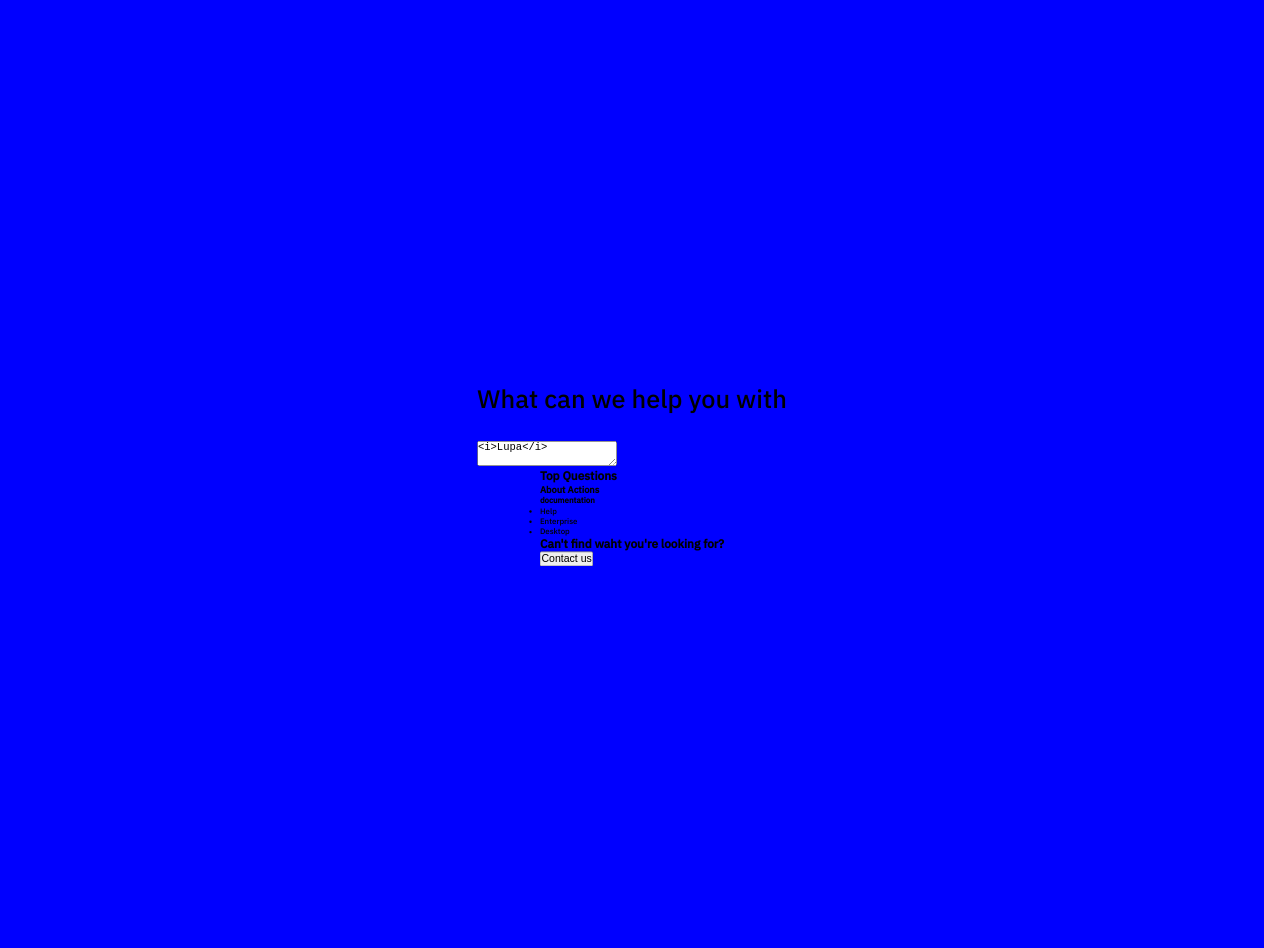
Repository: Hcmwebs/Help-Center-UI-
Page: index.html
The author's editor kept a copy of each file at every save. The page is drawn from the files as they stood at one save, then again after the next save.
The browser window is 1280 px wide. The page is 1600 px wide, so the pictures cover 1600 px, including what lies to the right of the window. The pictures show the whole page, at 79% of full size.
The style sheet was rebuilt from its Sass, Less or Tailwind sources for each picture, by a compiler version that may differ from the author's.

Above is the page before, as saved 2020-08-17 22:39:02.

### index.html
<!DOCTYPE html>
<html lang="en">
<head>
    <meta charset="UTF-8">
    <meta name="viewport" content="width=device-width, initial-scale=1.0">
    <link rel="stylesheet" href="css/styles.min.css">
    <title>Help Center</title>
</head>
<body>
    <div class="container">

        <!-- *******header****** -->
        <header>
            <h1>What can we help  you with</h1>
            <textarea name="textarea" id="textarea" ><i>Lupa</i></textarea>
        </header>

        <!-- *******card****** -->
        <div class="card">
            <!--****card-header**** -->
            <h2> Top Questions</h2>

            <!--****card-body**** -->

            <div class="card-item">
                <div class="card-head">
                    <h3>About Actions</h3>
                </div>
                <div class="card-body">
                    <h4>documentation</h4>
                    <ul>
                        <li>Help</li>
                        <li>Enterprise</li>
                        <li>Desktop</li>
                    </ul>
                </div>
            </div>


            <!--****card--footer**** -->
            <div class="card-footer">
                <h2>Can't find waht you're looking for? </h2>
                <button class="btn-primary">Contact us</button>
            </div>

        </div>
    </div>
</body>
</html>

### scss/styles.scss
@import url('https://fonts.googleapis.com/css2?family=IBM+Plex+Sans:wght@300;500&display=swap');
$font-stack:'IBM Plex Sans', sans-serif;
$bg-color:rgba(37,41,46,0.9);
$primary-color:rgba(255,255,255,0.99);

*{
    margin: 0;
    padding: 0;
    box-sizing: border-box;
}

body{
    font-family: $font-stack;
    font-size: 10px;
    background-color:$bg-color;
    display: grid;
    place-items: center;
    height: 100vh;
    width: 100%;
}

h1{
    font-size: 32px;
    font-weight: 500;
    margin-bottom: 2rem;
}

.container{
    width: 1600px;
    max-width: 100%;
    height: 1200px ;
    overflow: hidden;
    display: flex;
    flex-direction: column;
    justify-content: center;
    align-items: center;
    background-color:blue;
}
header{

}

After the next save:
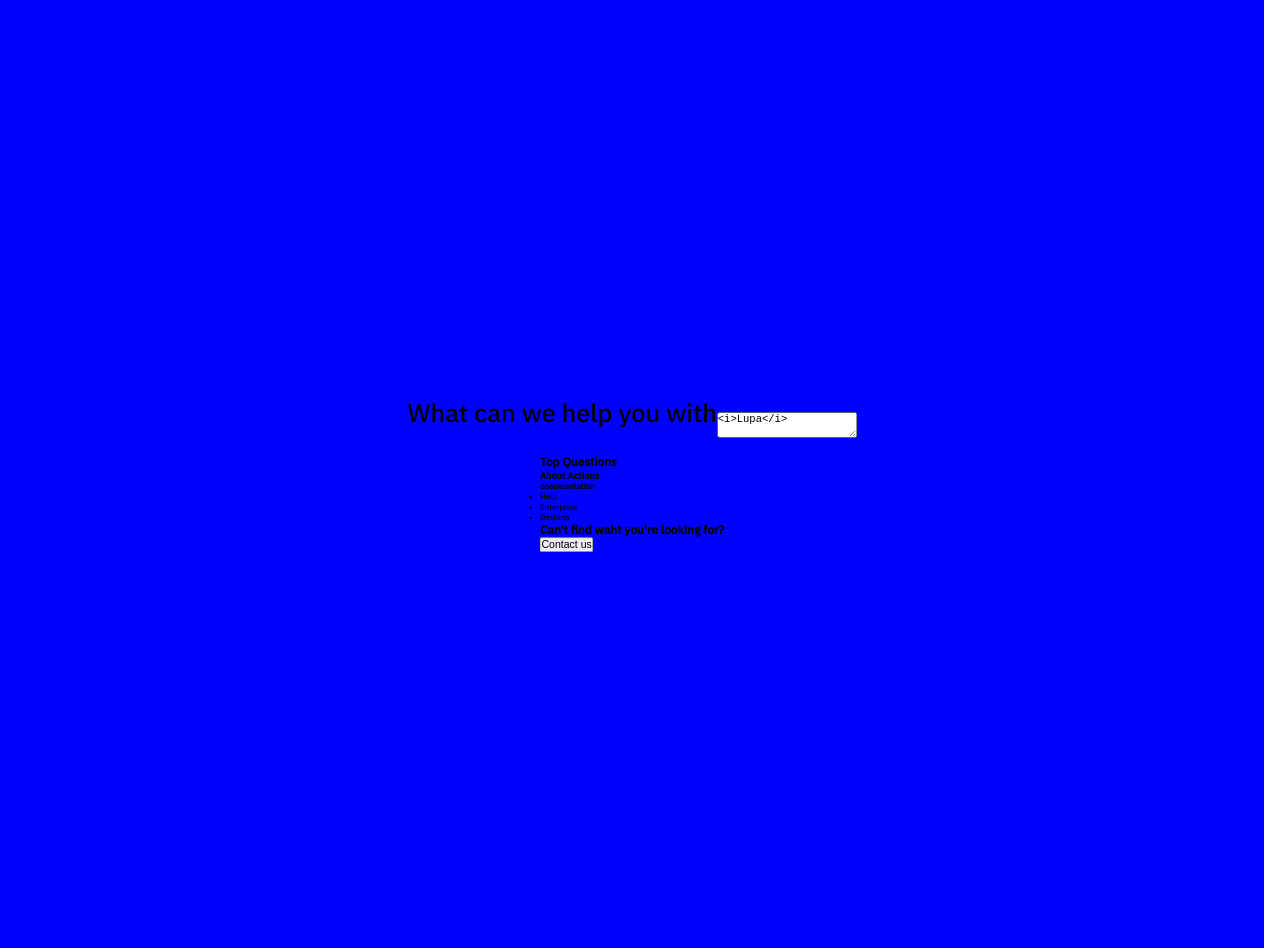
Saved 9 min 21 s later.
--- a/scss/styles.scss
+++ b/scss/styles.scss
@@ -37,5 +37,7 @@ h1{
     background-color:blue;
 }
 header{
+    display: flex;
+    place-items: center;
 
 }
